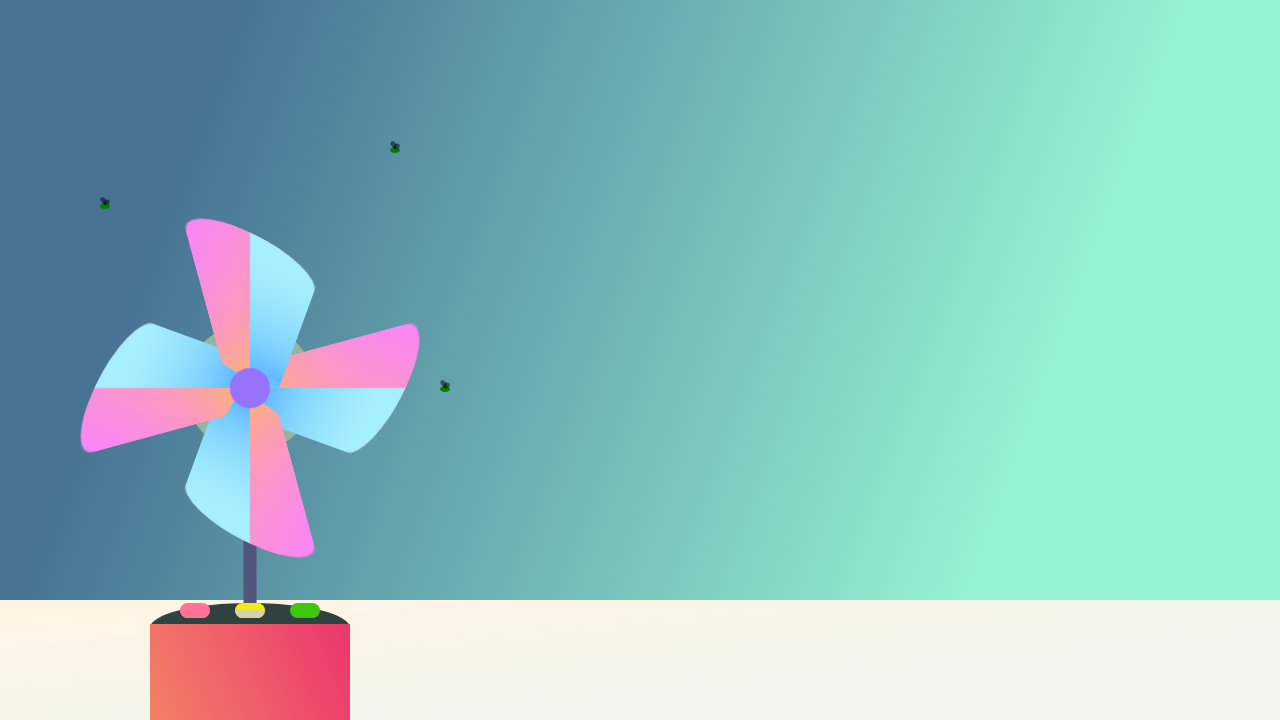
Repository: VuTuanAnh0949/CodeFan
Page: dsd.html
These files come from the project's save history. The page is drawn as it stood at one moment and after the next save; the edit follows.
The browser window is 1280 px wide. The pictures show the whole page.

Above is the page before, as saved 2022-06-22 12:50:05.

After the next save:
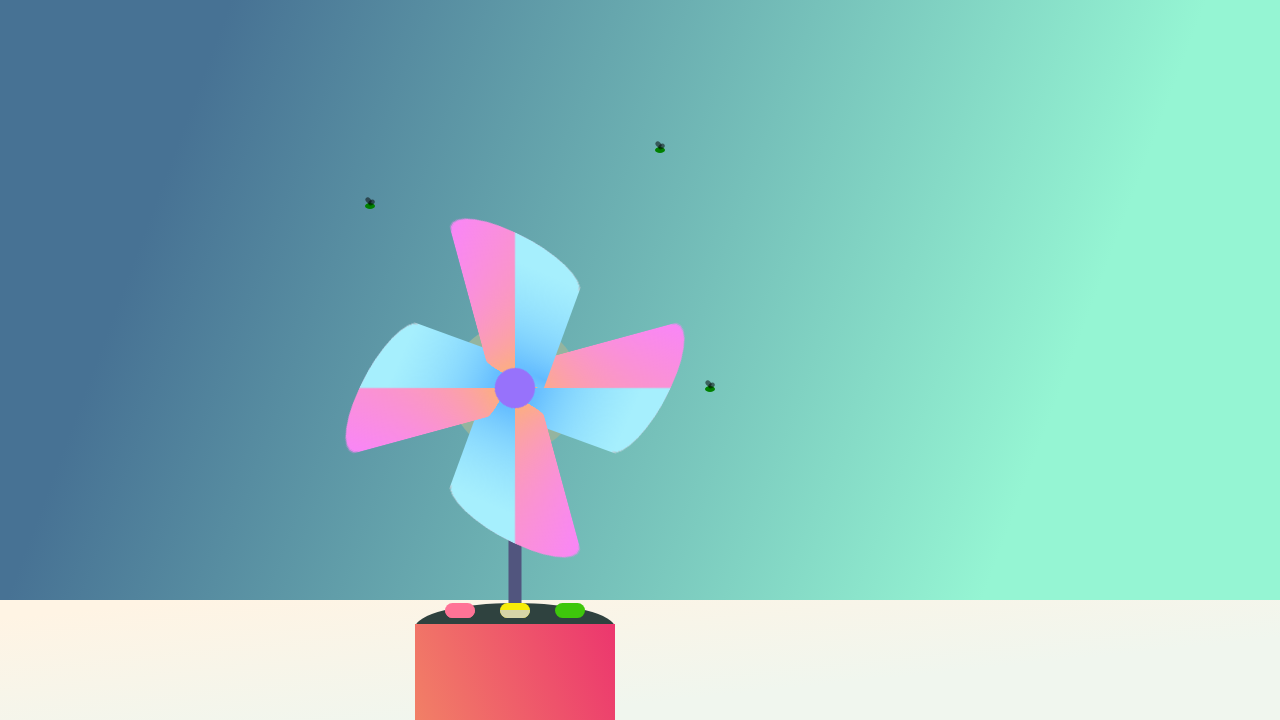
Saved 8 s later.
--- a/style.css
+++ b/style.css
@@ -130,7 +130,7 @@ span {
     z-index: 1;
     margin-top: 75px;
     perspective: 500px;
-    margin-right: auto;
+    margin-right: 250px;
 }
 
 .fan::after {
